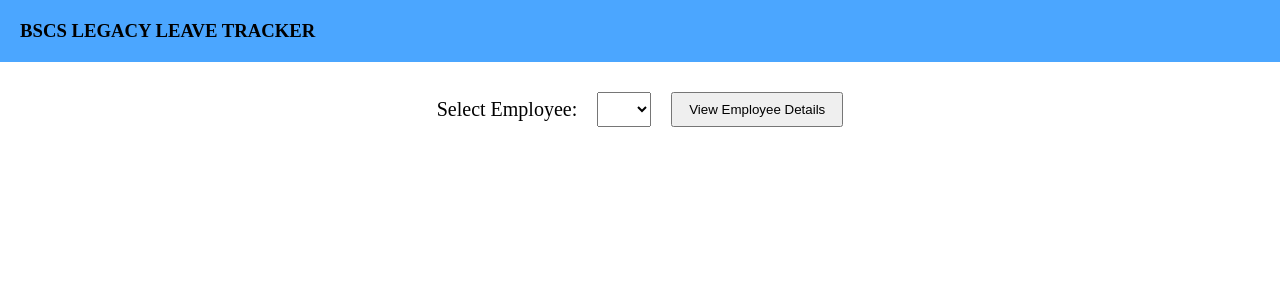
Repository: nani-samireddy/JSP-Leaves-App-with-mysql
Page: http://localhost/LeavesTracker/home
These files come from the project's save history. The page is drawn as it stood at one moment and after the next save; the edit follows.
The browser window is 1280 px wide. The pictures show the whole page.
Some web fonts or font styles are not loaded; a fallback is used. The page is served by Tomcat 10. Other server files are loaded and not shown. Queries for data that is not in the repository find no rows.

Above is the page before, as saved 2023-01-22 16:48:43.

### LeavesTracker/src/main/webapp/home.jsp
<%@ page language="java" contentType="text/html; charset=UTF-8"
    pageEncoding="UTF-8"%>
<%@taglib prefix="c" uri="http://java.sun.com/jsp/jstl/core"  %>

<!DOCTYPE html>
		<html>

		<head>
			<meta charset="UTF-8">
			<title>${title}</title>
			<link rel="preconnect" href="https://fonts.googleapis.com">
			<link rel="preconnect" href="https://fonts.gstatic.com" crossorigin>
			<link
				href="https://fonts.googleapis.com/css2?family=Unbounded:wght@200;300;400;500;600;700;800;900&display=swap"
				rel="stylesheet">
			<style>
				* {
					margin: 0;
					padding: 0;
				}
				body{

					font-family: 'Unbounded', cursive;
				}

				header {
					text-align: left;
					padding: 20px 20px;
					background-color: #4BA6FF;

				}

				.inputContainer {
					display: flex;
					flex-direction: row;
					gap: 20px;
					justify-content: center;
					align-items: center;
					margin-top:30px;
					font-size:20px;
				}
				.table-container{
					margin-top: 20px;
					display: flex;
					flex-direction: column;
					gap: 20px;
					justify-content: center;
					align-items: center;
				}
				.addleave-container{
				margin-top:30px;
				}
				table,td,th{
					border: 1px solid black;
				}

				td{
					padding: 20px;
					font-weight: 300;
				}

				input[type=submit]{
				padding: 8px 16px;
				}

				select{
				padding: 8px 16px;
				}
			</style>
		</head>

		<body>
			<header>
				<h3>BSCS LEGACY LEAVE TRACKER</h3>
			</header>

				<form method="post" action="home">
				<div class="inputContainer">
					Select Employee: <select name="selectEmp" id="selectEmp">
						<c:forEach items="${empsDetails}" var="emp">

							<option  value="${emp.name}">${emp.signum}</option>
						</c:forEach>
					</select>
					<div class="buttonsContainer">
						<input type="submit" name="selectEmp" value="View Employee Details" />
					</div>
			</div>
				</form>

				<c:if test="${empLeaves !=null}">

				<div class="table-container">
				<h4>Employee Leaves </h4>
				<h3>${empLeaves[0].signum}(${empLeaves[0].name })</h3>
				<table>

				<tr>
					<th>Date</th>
					<th>Type</th>
				</tr>
				<c:forEach items="${empLeaves}" var="leave">
					<tr>
						<td>${leave.date}</td>
						<td>${leave.type}</td>
					</tr>
				</c:forEach>

				</table>

				<div class="addleave-container">
					<form>
						Leave Date: <input type="date" name="date" id="date" /> <br><br>
						Leave Type: <select name="type" id="leaveType">
							<option value="FULL">FULL</option>
							<option value="HALF">HALF</option>
						</select><br><br>
						<input type="hidden" name="signum" value="${empLeaves[0].signum}"/>
						<input type="hidden" name="name" value="${empLeaves[0].name}"/>
						<input type="submit" value="Add Leave"/>
					</form>
				</div>
				</div>



				</c:if>
		</body>

		</html>

### LeavesTracker/src/main/java/com/nani/Home.java
package com.nani;

import java.io.IOException;
import java.sql.SQLException;

import jakarta.servlet.RequestDispatcher;
import jakarta.servlet.ServletException;
import jakarta.servlet.annotation.WebServlet;
import jakarta.servlet.http.HttpServlet;
import jakarta.servlet.http.HttpServletRequest;
import jakarta.servlet.http.HttpServletResponse;

@WebServlet("/home")
public class Home extends HttpServlet{
	public void service(HttpServletRequest req, HttpServletResponse res) throws ServletException, IOException {

		String title = "Home";
		req.setAttribute("title", title );
		DatabaseService db = new DatabaseService();

		try {

			//getting all Emp details
			req.setAttribute("empsDetails", db.getEmployeNames() );

			//check if requesting for specific emp details
			if(req.getParameter("selectEmp")!=null)
			{
				String signum = req.getParameter("selectEmp");
				req.setAttribute("empLeaves", db.getEmployeeLeaves(signum));

			}
			//check for adding a leave
			else if(req.getParameter("date")!=null) {
				String signum = req.getParameter("signum");
				String date = req.getParameter("date");
				String type = req.getParameter("type");
				String name = req.getParameter("name");
				Leave l = new Leave(signum,date,type,name);

				Leave[] leaves = db.addLeave(l);
				req.setAttribute("empLeaves", leaves);

			}



		} catch (ClassNotFoundException e) {
			// TODO Auto-generated catch block
			e.printStackTrace();
		} catch (SQLException e) {
			// TODO Auto-generated catch block
			e.printStackTrace();
		}
		RequestDispatcher rd = req.getRequestDispatcher("home.jsp");
		rd.forward(req, res);
	}

}

### LeavesTracker/src/main/java/com/nani/DatabaseService.java
package com.nani;

import java.sql.*;

public class DatabaseService {


	String url = "jdbc:mysql://localhost:3306/leaves";
	String user = "root";
	String pass = "Root@123";


	public void load() throws ClassNotFoundException, SQLException {
		String driver = "com.mysql.jdbc.Driver";
		Class.forName(driver);
	}

	public Employee[] getEmployeNames() throws SQLException, ClassNotFoundException {
		//Connection to Db
		load();
		Connection con = DriverManager.getConnection(url, user, pass);

		//Creating statement
		Statement stmt = con.createStatement();

		//getting the number of Rows
	    String query = "select count(*) from employee";
		ResultSet rs = stmt.executeQuery(query);
		rs.next();
		int numberOfRows = rs.getInt(1);


		Employee[] employees = new Employee[numberOfRows];

		//getting full employees details
		query = "select * from employee";
		rs = stmt.executeQuery(query);

		//mapping employee table to employee class
		int index = 0;
		while(rs.next()) {

			String name = rs.getString(1);
			String signum = rs.getString(2);
			Employee e = new Employee(name,signum);
			employees[index] = e;
			index++;
		}

		con.close();
		return employees;

	}


	public Leave[] getEmployeeLeaves(String signum) throws ClassNotFoundException, SQLException {
		//Connection to Db
		load();
		Connection con = DriverManager.getConnection(url, user, pass);

		//Creating statement
		Statement stmt = con.createStatement();

		//getting the number of Rows
	    String query = "select count(*) from emp_leaves where signum="+signum;
		ResultSet rs = stmt.executeQuery(query);
		rs.next();
		int numberOfRows = rs.getInt(1);

		//getting the empName
		query = "select name from employee where signum="+signum;
		 rs = stmt.executeQuery(query);
		 rs.next();
		 String name = rs.getString(1);

		//getting the emp leaves list
		 query = "select * from emp_leaves where signum="+signum;
		 rs = stmt.executeQuery(query);

		 //creating the leaveslist
		 Leave[] empLeaves = new Leave[numberOfRows];
		 int index = 0;
		 while(rs.next()) {
			  empLeaves[index] = new Leave(rs.getString(1),rs.getDate(2).toString(),rs.getString(3),name);
			  index++;
		 }
		 con.close();
		return empLeaves;

	}

	public Leave[] addLeave(Leave leave) throws ClassNotFoundException, SQLException {
		load();
		Connection con = DriverManager.getConnection(url, user, pass);

		//Creating statement
		String query = "insert into emp_leaves values(?,?,?)";
		PreparedStatement ps = con.prepareStatement(query);
		ps.setString(1, leave.signum);
		ps.setDate(2,Date.valueOf(leave.date));
		ps.setString(3, leave.type);

		ps.executeUpdate();

		return getEmployeeLeaves(leave.signum);


	}



}

### LeavesTracker/src/main/java/com/nani/Employee.java
package com.nani;

public class Employee {
	String name;
	String signum;
	public Employee(String name, String signum) {
		this.name = name;
		this.signum = signum;
	}
	public String getName() {
		return name;
	}
	public void setName(String name) {
		this.name = name;
	}
	public String getSignum() {
		return signum;
	}
	public void setSignum(String signum) {
		this.signum = signum;
	}

}

After the next save:
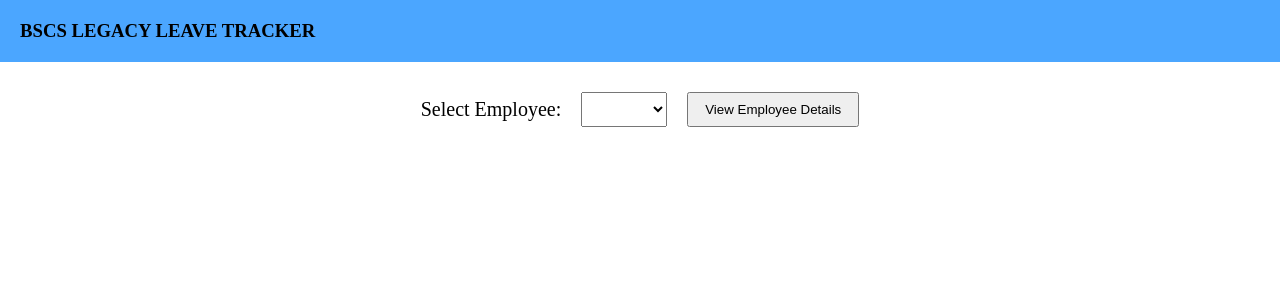
Saved 13 s later.
--- a/LeavesTracker/src/main/webapp/home.jsp
+++ b/LeavesTracker/src/main/webapp/home.jsp
@@ -64,7 +64,7 @@
 				}
 
 				select{
-				padding: 8px 16px;
+				padding: 8px 32px;
 				}
 			</style>
 		</head>
